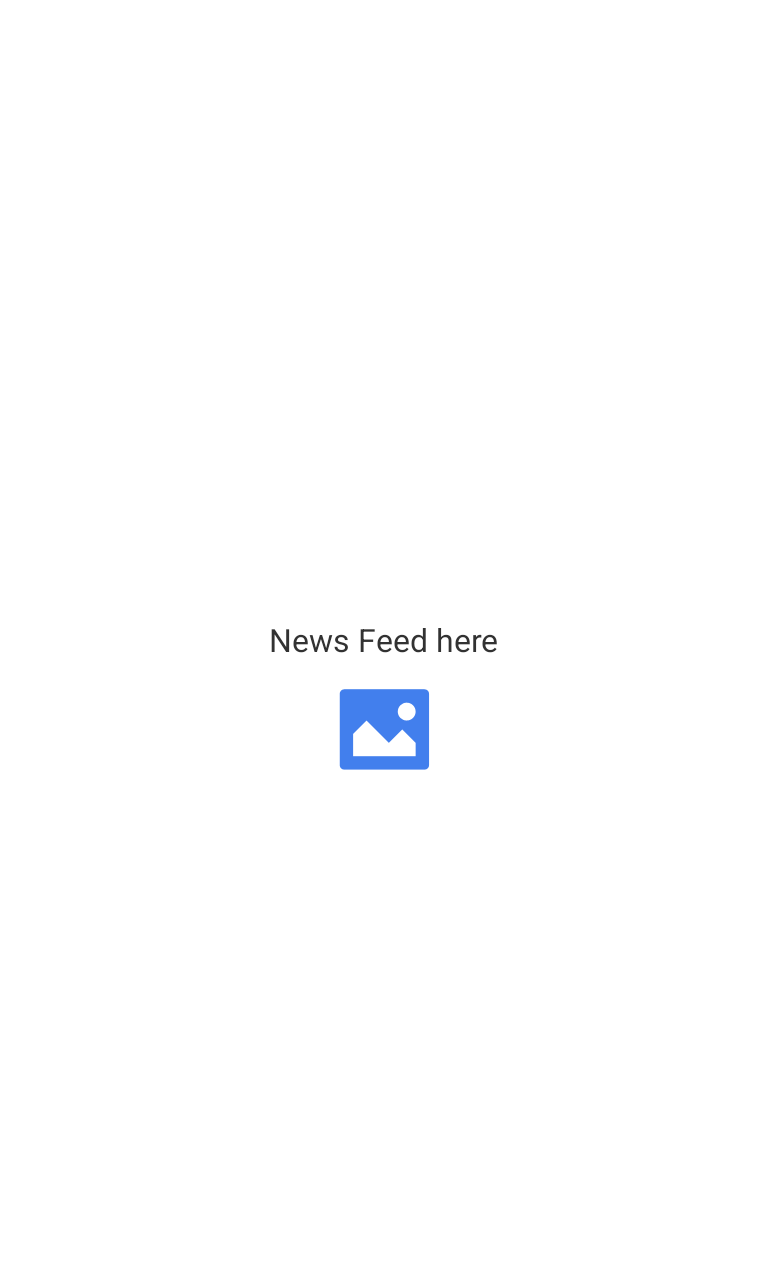
Repository: GauthamCraezy/JS
Layout: Droid/sliding/res/layout/fragment_photos.xml
The author's editor kept a copy of each file at every save. The layout is drawn from the files as they stood at one save, then again after the next save.
It is drawn on a 768 x 1280 px phone screen (xhdpi) without system bars, with theme AppTheme; the app's code is not run.

Above is the layout before, as saved 2015-02-25 16:04:22.

### Droid/sliding/res/layout/fragment_photos.xml
<?xml version="1.0" encoding="utf-8"?>
<RelativeLayout xmlns:android="http://schemas.android.com/apk/res/android"
    android:layout_width="match_parent"
    android:layout_height="match_parent">

    <TextView
        android:id="@+id/txtLabel"
         android:layout_width="wrap_content"
        android:layout_height="wrap_content"
        android:layout_centerInParent="true"
        android:textSize="16dp"
        android:text="News Feed here"/>

    <ImageView android:layout_width="wrap_content"
        android:layout_height="wrap_content"
        android:layout_below="@id/txtLabel"
        android:src="@drawable/ic_photos"
        android:layout_centerHorizontal="true"
        android:layout_marginTop="10dp"/>


</RelativeLayout>

Loaded but not shown: Droid/sliding/res/values/styles.xml (common file); Droid/sliding/res/values-v11/styles.xml (common file); Droid/sliding/res/values-v14/styles.xml (common file)

After the next save:
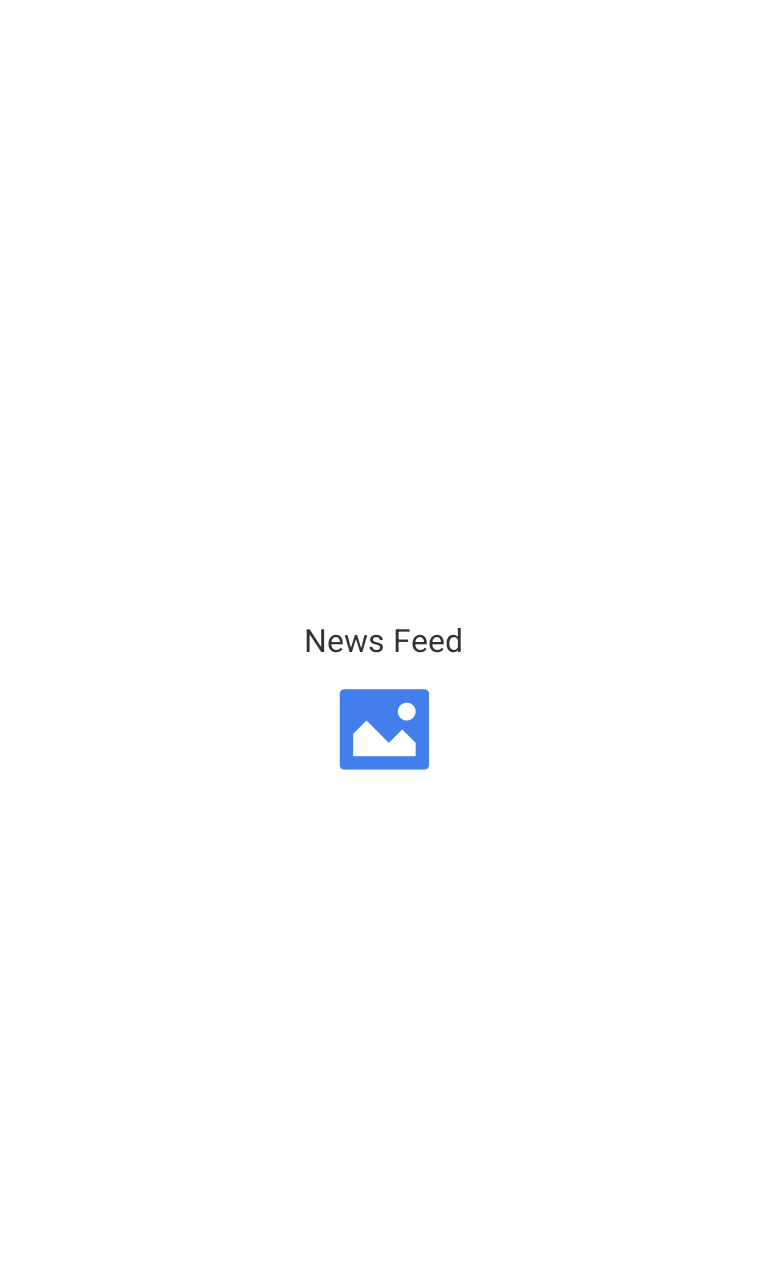
Saved 73 s later.
--- a/Droid/sliding/res/layout/fragment_photos.xml
+++ b/Droid/sliding/res/layout/fragment_photos.xml
@@ -9,7 +9,7 @@
         android:layout_height="wrap_content"
         android:layout_centerInParent="true"
         android:textSize="16dp"
-        android:text="News Feed here"/>
+        android:text="News Feed"/>
 
     <ImageView android:layout_width="wrap_content"
         android:layout_height="wrap_content"
